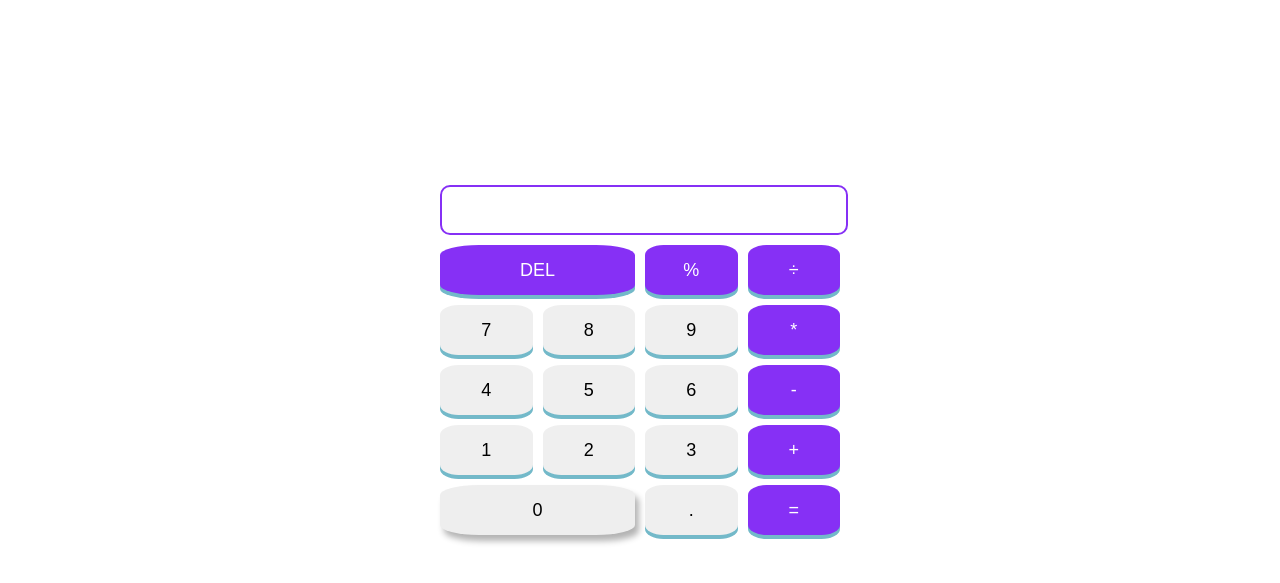
Repository: zlazlazla35/calculator
Page: /
The author's editor kept a copy of each file at every save. The page is drawn from the files as they stood at one save, then again after the next save.
The browser window is 1280 px wide. The pictures show the whole page.
The project was rebuilt for these pictures with package versions that can differ from the ones it lists, and the page was loaded fresh each time.

Above is the page before, as saved 2024-10-15 16:16:41.

After the next save:
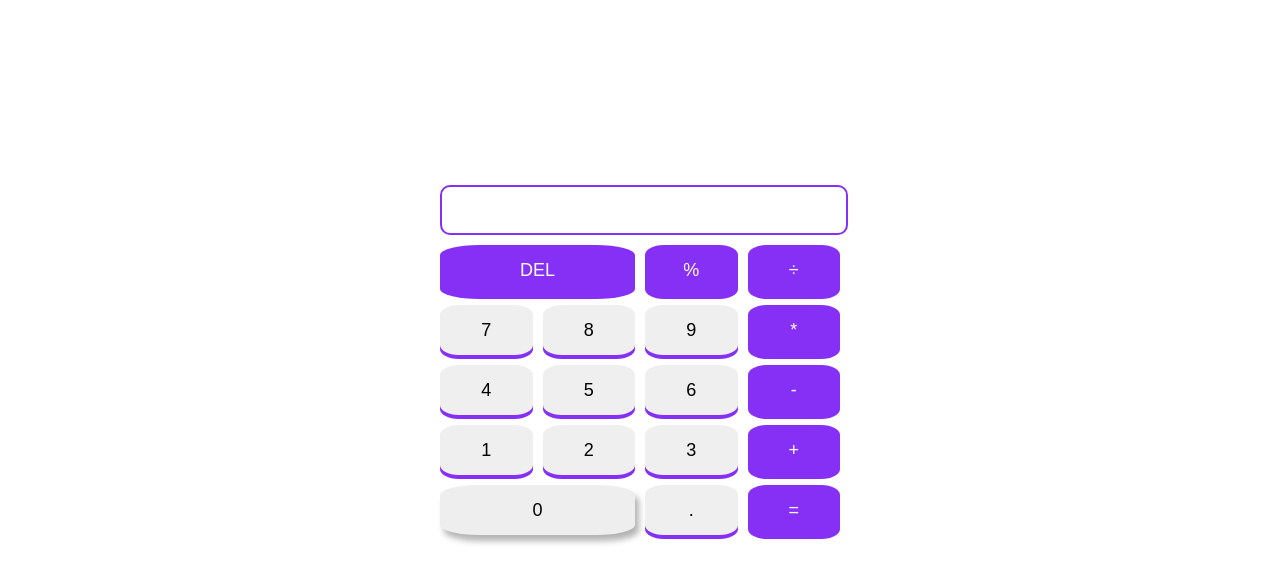
Saved 15 s later.
--- a/src/App.js
+++ b/src/App.js
@@ -25,7 +25,7 @@ let Btn = styled.button`
   border-radius: 20%;
   height : 50px;
   border: none;
-box-shadow:0px 4px 0px #73B9C9;
+  box-shadow:0px 4px 0px #8630f5;
   transition-duration: 0.3s;
 `
 
